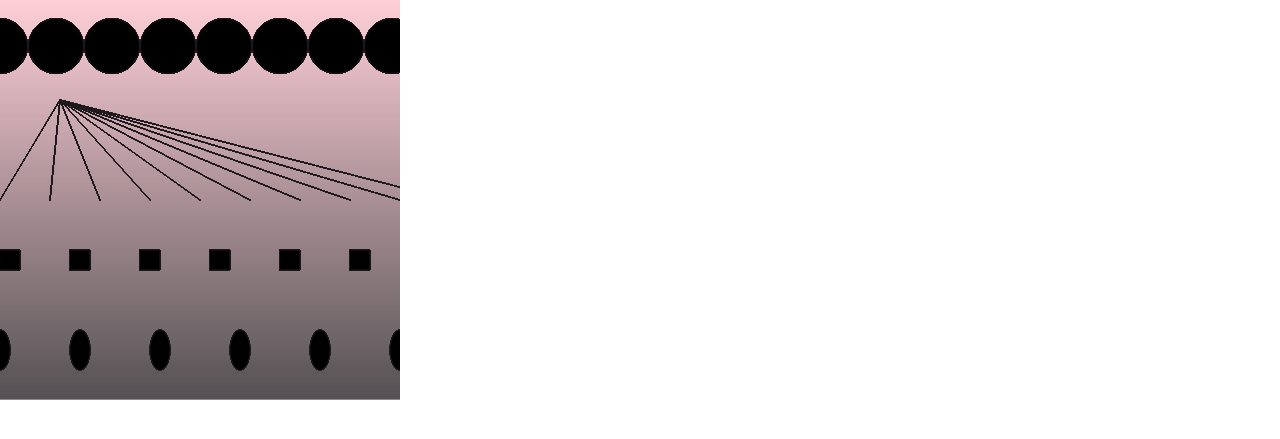
Repository: patriciqa/GenComp
Page: content/day01/03/index.html
The author's editor kept a copy of each file at every save. The page is drawn from the files as they stood at one save, then again after the next save.
The browser window is 1280 px wide. The pictures show the whole page.

Above is the page before, as saved 2021-09-29 15:09:01.

### content/day01/03/sketch.js
function setup() {
  createCanvas(400, 400);
  c1 = color('pink');
  c2 = color(28, 24, 27);
  setGradient(c1, c2);
}

function draw() {

for(let i = 0; i <10; i++) {
  fill('black')
  ellipse(56*i, 46, 55, 55);
  line(50*i, 200, 60,   100);
  rect(70*i, 250, 20,   20);
  ellipse(80*i, 350, 20,   40);

}





}

function setGradient(c1, c2) {
  noFill();
  for (var y = 0; y < height; y++) {
    var inter = map(y, 0, height, 0, 1);
    var c = lerpColor(c1, c2, inter);
    stroke(c);
    line(0, y, width, y);
  }
}

Loaded but not shown: content/day01/03/index.html (common file); content/day01/03/style.css (common file); content/day01/03/libraries/p5.min.js (library); content/day01/03/libraries/p5.sound.min.js (library)

After the next save:
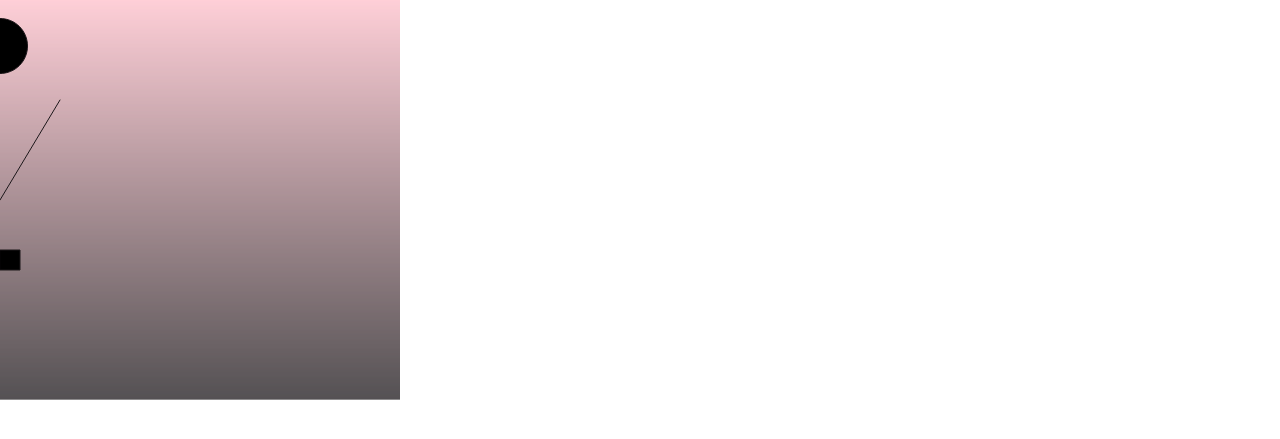
Console error: ReferenceError: white is not defined
Saved 23 s later.
--- a/content/day01/03/sketch.js
+++ b/content/day01/03/sketch.js
@@ -12,6 +12,7 @@
   ellipse(56*i, 46, 55, 55);
   line(50*i, 200, 60,   100);
   rect(70*i, 250, 20,   20);
+  fill(white)
   ellipse(80*i, 350, 20,   40);
 
 }

After the save that followed:
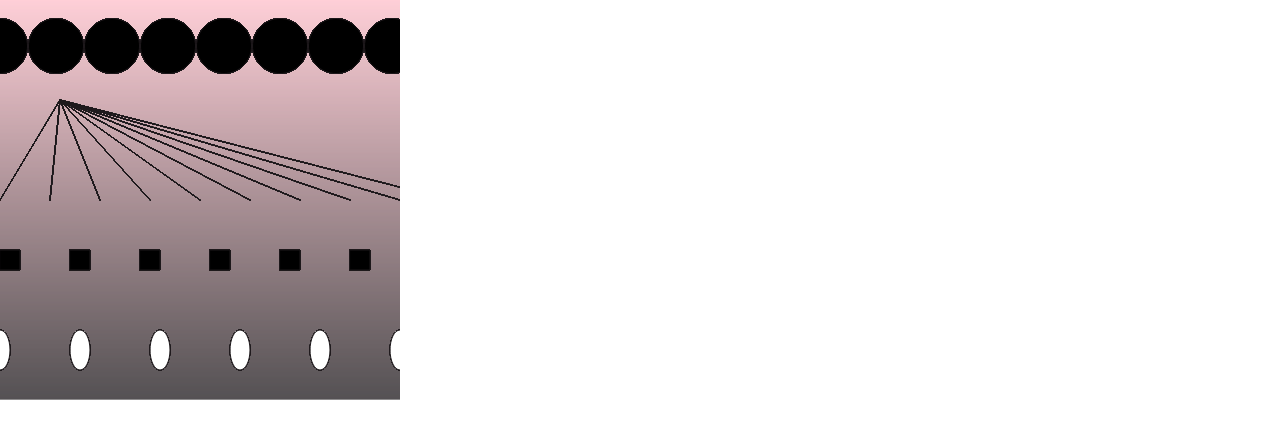
The error is gone.
Saved 8 s later.
--- a/content/day01/03/sketch.js
+++ b/content/day01/03/sketch.js
@@ -12,7 +12,7 @@
   ellipse(56*i, 46, 55, 55);
   line(50*i, 200, 60,   100);
   rect(70*i, 250, 20,   20);
-  fill(white)
+  fill('white')
   ellipse(80*i, 350, 20,   40);
 
 }
